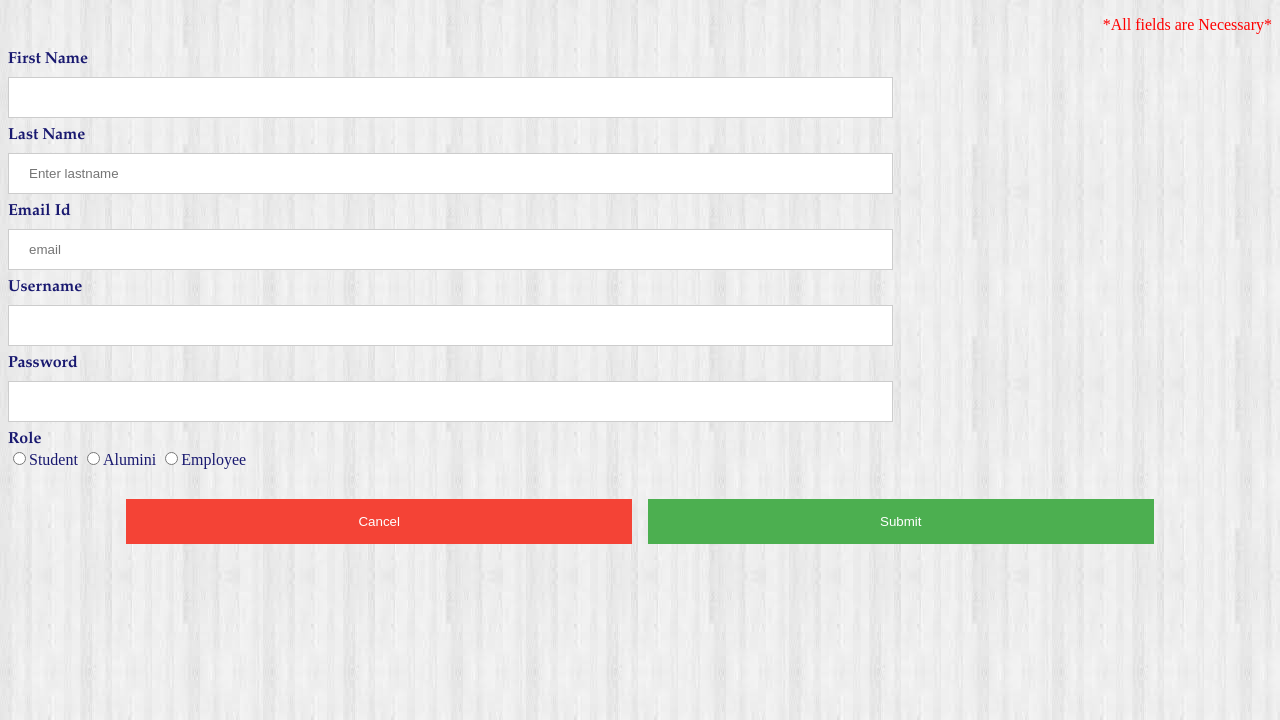
Repository: SwapnilYeldi/Project-2
Page: frontend/WebContent/views/jobform.html
An editor plug-in stored every save of this project. The page is shown before and after the next save, followed by the edit.
The browser window is 1280 px wide. The pictures show the whole page.

Above is the page before, as saved 2017-07-17 16:51:13.

After the next save:
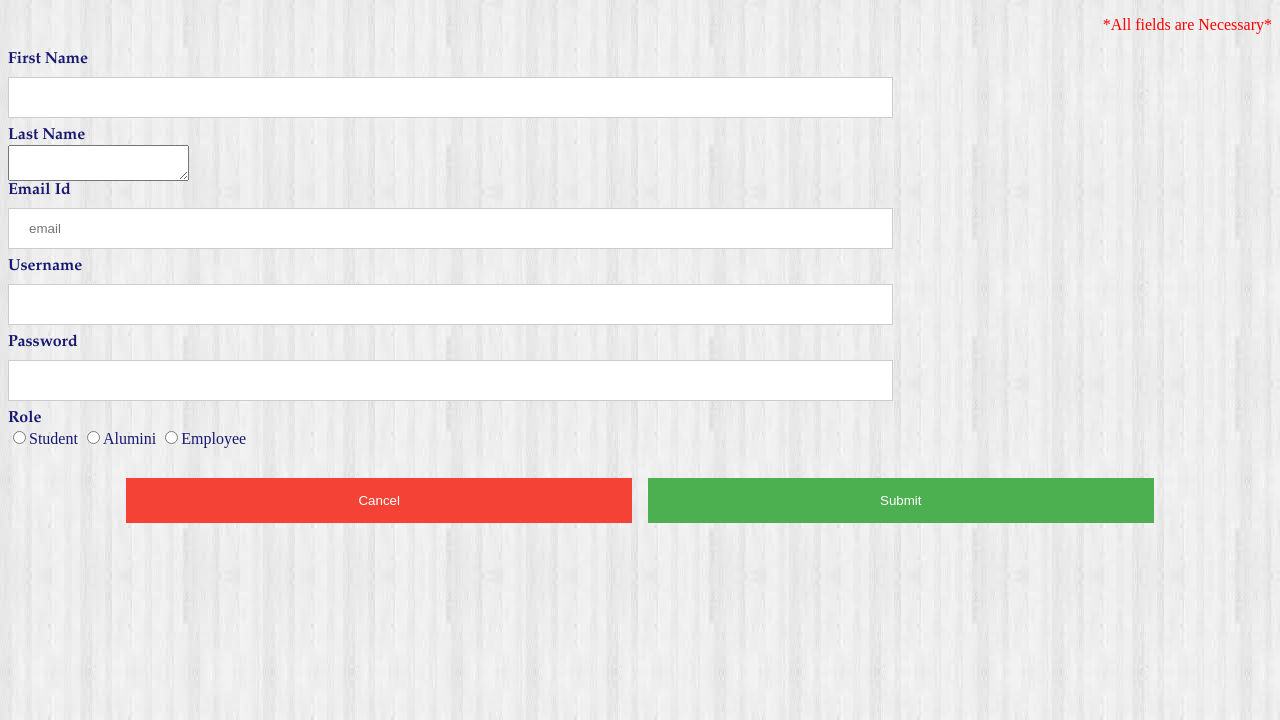
Saved 19 s later.
--- a/frontend/WebContent/views/jobform.html
+++ b/frontend/WebContent/views/jobform.html
@@ -50,7 +50,7 @@ background-color: #4CAF50;
 <label><b><font face="Garamond">First Name</b></font></label><br>
 <input type="text" ng-model="job.jobTitle"><br>
 <label><font face="Garamond"><b>Last Name</b></font></label><br>
-<input type="text" ng-model="user.lastname" placeholder="Enter lastname"><br>
+<textarea ng-model="job.jobDescription"></textarea><br>
 <!-- <label><font face="Garamond"><b>User Name-*Generate new user name</b></font></label><br>
 <input type="text" name="uname"  required><br> -->
 
